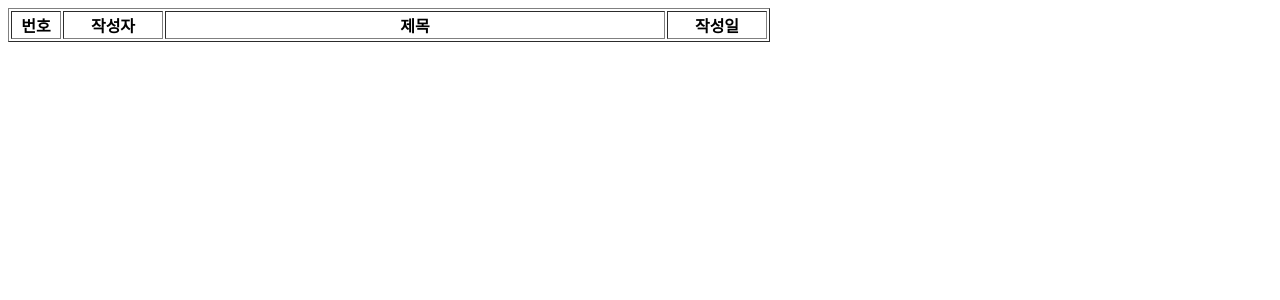
Repository: charamee/Web_kh
Page: http://localhost/Jsp08_MVC/myinsert.jsp
The author's editor kept a copy of each file at every save. The page is drawn from the files as they stood at one save, then again after the next save.
The browser window is 1280 px wide. The pictures show the whole page.
The page is served by Tomcat 9.

Above is the page before, as saved 2021-02-25 15:38:59.

After the next save:
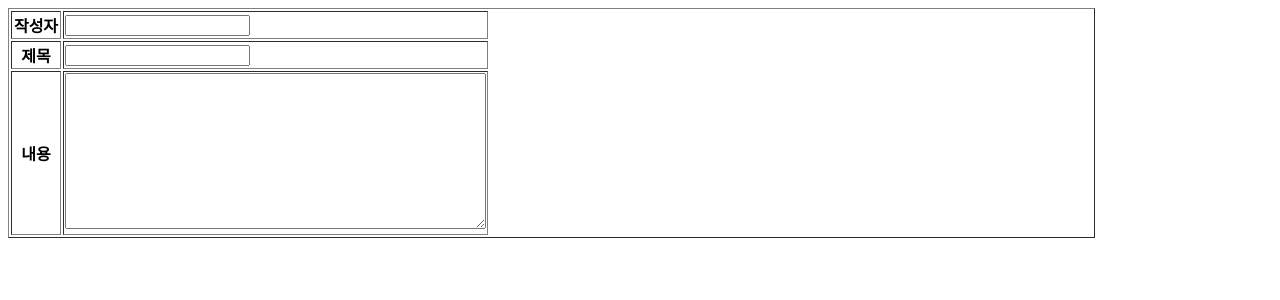
Saved 20 min 8 s later.
--- a/Workspace_WEB/Jsp08_MVC/WebContent/myinsert.jsp
+++ b/Workspace_WEB/Jsp08_MVC/WebContent/myinsert.jsp
@@ -17,12 +17,19 @@
 		<col width="100">
 
 		<tr>
-			<th>번호</th>
 			<th>작성자</th>
-			<th>제목</th>
-			<th>작성일</th>
+			<td><input type="text" name="writer"></td>
 		</tr>
 
+		<tr>
+		<th>제목</th>
+		<td><input type="text" name="title"></td>
+		</tr>
+
+		<tr>
+			<th>내용</th>
+			<td><textarea rows="10" cols="50" name="context"></textarea></td>
+		</tr>
 </table>
 
 </body>
